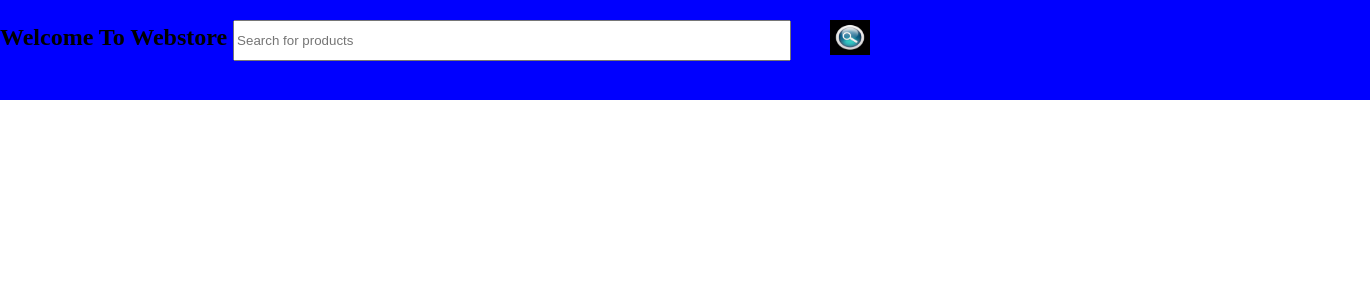
Repository: sourogithub/Final-yr-project-using-j2ee
Page: http://localhost/Webstore/JSP Pages/Front.jsp
These files come from the project's save history. The page is drawn as it stood at one moment and after the next save; the edit follows.
The browser window is 1280 px wide. The page is 1370 px wide, so the pictures cover 1370 px, including what lies to the right of the window. The pictures show the whole page.
The page is served by Tomcat 9.

Above is the page before, as saved 2017-04-11 08:58:30.

### Webstore/WebContent/JSP Pages/Front.jsp
<%@ page language="java" contentType="text/html; charset=ISO-8859-1"
    pageEncoding="ISO-8859-1"%>
<!DOCTYPE html PUBLIC "-//W3C//DTD HTML 4.01 Transitional//EN" "http://www.w3.org/TR/html4/loose.dtd">
<html>
<head>
<meta http-equiv="Content-Type" content="text/html; charset=ISO-8859-1">
<title>Insert title here</title>
</head>
<body style="margin:0">
<div id="top"  style="background:blue; height:100px;position:absolute;top:0px;width:1370px;">
<h2>Welcome To Webstore
<input type="text" placeholder="Search for products" required style="border-width:2;width:550px;height:35px">
<a><img src="../images/search-images-17.jpg" height="35px" width="40px" style="position:absolute;right:500px"></a>
</h2>
</div>
</body>
</html>

After the next save:
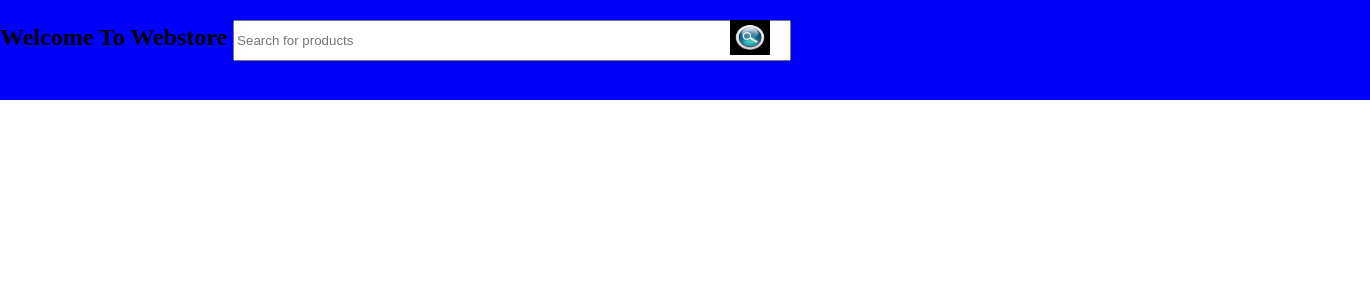
Saved 21 s later.
--- a/Webstore/WebContent/JSP Pages/Front.jsp
+++ b/Webstore/WebContent/JSP Pages/Front.jsp
@@ -10,7 +10,7 @@
 <div id="top"  style="background:blue; height:100px;position:absolute;top:0px;width:1370px;">
 <h2>Welcome To Webstore
 <input type="text" placeholder="Search for products" required style="border-width:2;width:550px;height:35px">
-<a><img src="../images/search-images-17.jpg" height="35px" width="40px" style="position:absolute;right:500px"></a>
+<a><img src="../images/search-images-17.jpg" height="35px" width="40px" style="position:absolute;right:600px"></a>
 </h2>
 </div>
 </body>
